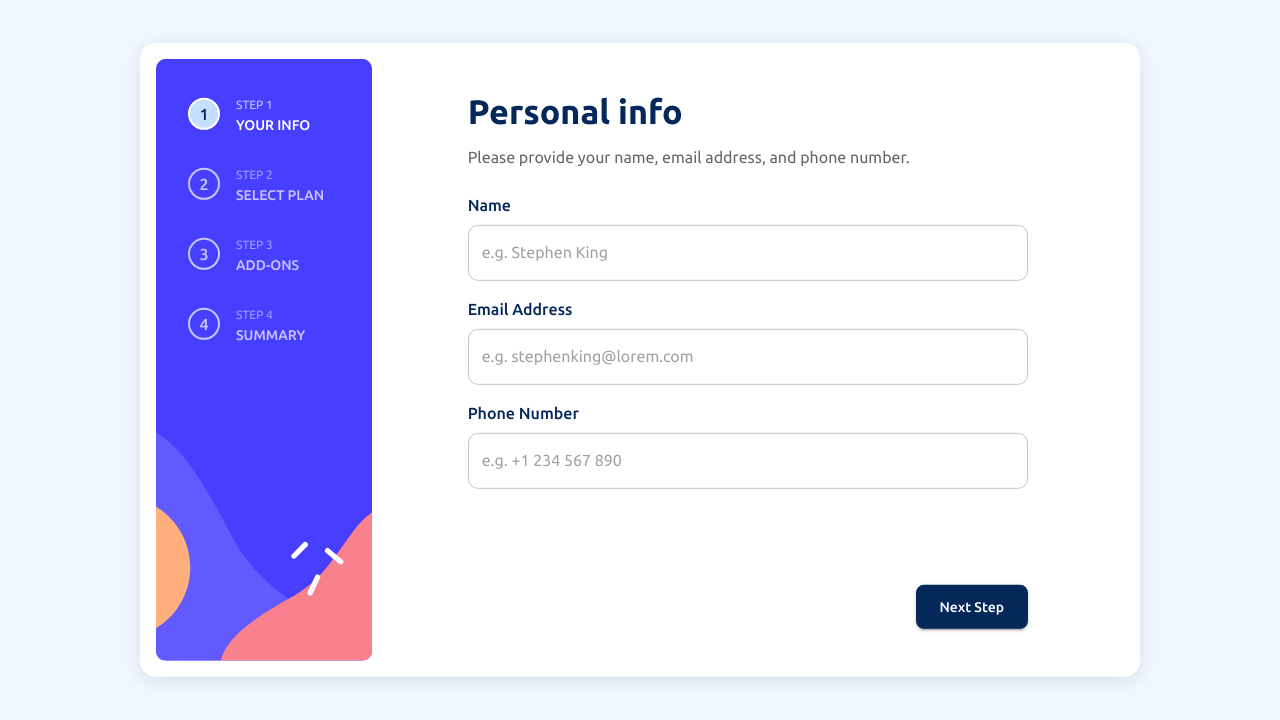
Repository: ozerrrs/chalange7days
Page: / (app in 7dayschalange/7dayschallange/)
These files come from the project's save history. The page is drawn as it stood at one moment and after the next save; the edit follows.
The browser window is 1280 px wide. The pictures show the whole page.
The project was rebuilt for these pictures with package versions that can differ from the ones it lists, and the page was loaded fresh each time. Also part of the build but not shown: 7dayschalange/7dayschallange/vite.config.js.

Above is the page before, as saved 2025-03-05 14:59:46.

### 7dayschalange/7dayschallange/src/main.jsx
import * as React from "react";
import * as ReactDOM from "react-dom/client";
import { ThemeProvider } from "@mui/material/styles";
import { CssBaseline } from "@mui/material";
import theme from "./theme/theme";
import App from "./App";
import "./index.css";
ReactDOM.createRoot(document.getElementById("root")).render(
  <React.StrictMode>
    <ThemeProvider theme={theme}>
      <CssBaseline />
      <App />
    </ThemeProvider>
  </React.StrictMode>
);

### 7dayschalange/7dayschallange/src/theme/theme.jsx
import { createTheme } from "@mui/material/styles";

const theme = createTheme({
  typography: {
    fontFamily: "'Ubuntu', sans-serif",
    h4: {
      fontWeight: 700,
    },
    h2: {
      fontWeight: 500,
    },
  },
  components: {
    MuiCssBaseline: {
      styleOverrides: `
        body {
          background-color: #f0f7ff;
        }
      `,
    },
  },
});

export default theme;

### 7dayschalange/7dayschallange/src/App.jsx
import { Routes, Route, BrowserRouter } from "react-router-dom";
import FirstPage from "./pages/firstPage";
import "@fontsource/ubuntu/400.css"; // Regular
import "@fontsource/ubuntu/500.css"; // Medium
import "@fontsource/ubuntu/700.css"; // Bold
function App() {
  return (
    <BrowserRouter>
      <Routes>
        <Route path="/" element={<FirstPage />} />
        {/* <Route path="/about" element={<About />} />
          <Route path="/login" element={<Login />} />
          <Route path="/register" element={<Register />} /> */}
      </Routes>
    </BrowserRouter>
  );
}
export default App;

### 7dayschalange/7dayschallange/src/index.css
#root {
  height: 100vh;
  width: 100vw;
  background-color: #f0f7ff;
}

### 7dayschalange/7dayschallange/src/pages/firstPage.jsx
import React, { useState } from "react";
import {
  Box,
  TextField,
  Typography,
  Button,
  Stepper,
  Step,
  StepLabel,
  Paper,
  Container,
  Grid,
  CssBaseline,
} from "@mui/material";
import { styled, ThemeProvider } from "@mui/material/styles";
// Import the background image for the sidebar
import backgroundNav from "../assets/bg-sidebar-desktop.svg"; // Adjust the path as needed

const FormContainer = styled(Paper)(({ theme }) => ({
  padding: theme.spacing(2),
  borderRadius: 16,
  boxShadow: "0px 4px 20px rgba(0, 0, 0, 0.1)",
  display: "flex",
  overflow: "hidden",
  minWidth: 1000,
  minHeight: 630,
  margin: "0 auto",
  position: "absolute",
  top: "50%",
  left: "50%",
  transform: "translate(-50%, -50%)",
}));

const SideBar = styled(Box)(({ theme }) => ({
  padding: theme.spacing(4),
  borderRadius: "10px 10px 10px 10px",
  color: "white",
  width: 274,
  position: "relative",
  overflow: "hidden",
  background: "none",
  minHeight: 568,
}));

const ContentArea = styled(Box)(({ theme }) => ({
  paddingLeft: theme.spacing(12),
  paddingRight: theme.spacing(12),
  paddingTop: theme.spacing(4),
  paddingBottom: theme.spacing(4),
  width: "100%",
}));

const NextButton = styled(Button)(({ theme }) => ({
  backgroundColor: "#04285a",
  color: "white",
  borderRadius: 8,
  padding: "10px 24px",
  textTransform: "none", // This prevents uppercase text

  "&:hover": {
    backgroundColor: "#172b4d",
  },
}));
const StyledTextField = styled(TextField)(({ theme }) => ({
  marginBottom: theme.spacing(2),
  "& .MuiOutlinedInput-root": {
    borderRadius: "10px",
    "& fieldset": {
      borderRadius: "10px",
    },
  },
}));

const StepNumber = styled(Box)(({ theme, active }) => ({
  width: 32,
  height: 32,
  borderRadius: "50%",
  border: "2px solid white",
  display: "flex",
  alignItems: "center",
  justifyContent: "center",
  marginRight: theme.spacing(2),
  backgroundColor: active ? "#c3e0ff" : "transparent", // Blue background when active
  color: active ? "#04285a" : "white",
  fontWeight: 500,
}));

const StepItem = styled(Box)(({ theme, active }) => ({
  display: "flex",
  alignItems: "center",
  marginBottom: theme.spacing(3),
  opacity: active ? 1 : 0.7,
}));

const steps = [
  { label: "YOUR INFO", description: "Personal details" },
  { label: "SELECT PLAN", description: "Choose your plan" },
  { label: "ADD-ONS", description: "Add extra features" },
  { label: "SUMMARY", description: "Review your order" },
];

function MultiStepForm() {
  const [activeStep, setActiveStep] = useState(0);
  const [formData, setFormData] = useState({
    name: "",
    email: "",
    phone: "",
  });

  const handleInputChange = (e) => {
    const { name, value } = e.target;
    setFormData({
      ...formData,
      [name]: value,
    });
  };

  const handleNext = () => {
    setActiveStep((prevActiveStep) => prevActiveStep + 1);
  };

  const handleBack = () => {
    setActiveStep((prevActiveStep) => prevActiveStep - 1);
  };

  const getStepContent = (step) => {
    switch (step) {
      case 0:
        return (
          <Box>
            <Typography
              variant="h4"
              gutterBottom
              fontWeight="bold"
              sx={{ color: "#04285a" }}
            >
              Personal info
            </Typography>
            <Typography color="textSecondary" paragraph>
              Please provide your name, email address, and phone number.
            </Typography>

            <Box mt={3}>
              <Typography fontWeight={500} mb={1} sx={{ color: "#04285a" }}>
                Name
              </Typography>
              <StyledTextField
                fullWidth
                placeholder="e.g. Stephen King"
                name="name"
                value={formData.name}
                onChange={handleInputChange}
                variant="outlined"
              />

              <Typography fontWeight={500} mb={1} sx={{ color: "#04285a" }}>
                Email Address
              </Typography>

              <StyledTextField
                fullWidth
                placeholder="e.g. stephenking@lorem.com"
                name="email"
                value={formData.email}
                onChange={handleInputChange}
                variant="outlined"
              />

              <Typography fontWeight={500} mb={1} sx={{ color: "#04285a" }}>
                Phone Number
              </Typography>

              <StyledTextField
                fullWidth
                placeholder="e.g. +1 234 567 890"
                name="phone"
                value={formData.phone}
                onChange={handleInputChange}
                variant="outlined"
                sx={{ mb: 8 }}
              />
            </Box>
          </Box>
        );
      case 1:
        return (
          <Box>
            <Typography
              variant="h4"
              gutterBottom
              fontWeight="bold"
              sx={{ color: "#04285a" }}
            >
              Select your plan
            </Typography>
            <Typography color="textSecondary" paragraph>
              You have the option of monthly or yearly billing.
            </Typography>

            {/* Plan selection content will go here */}
            <Box mt={3} sx={{ display: "flex", gap: 2 }}>
              {/* Example plan cards would go here */}
              <Paper
                sx={{
                  p: 2,
                  borderRadius: 2,
                  flex: 1,
                  border: "1px solid #ccc",
                }}
              >
                <Typography fontWeight="bold" sx={{ color: "#04285a" }}>
                  Arcade
                </Typography>
                <Typography color="textSecondary">$9/mo</Typography>
              </Paper>

              <Paper
                sx={{
                  p: 2,
                  borderRadius: 2,
                  flex: 1,
                  border: "1px solid #ccc",
                }}
              >
                <Typography fontWeight="bold" sx={{ color: "#04285a" }}>
                  Advanced
                </Typography>
                <Typography color="textSecondary">$12/mo</Typography>
              </Paper>

              <Paper
                sx={{
                  p: 2,
                  borderRadius: 2,
                  flex: 1,
                  border: "1px solid #ccc",
                }}
              >
                <Typography fontWeight="bold" sx={{ color: "#04285a" }}>
                  Pro
                </Typography>
                <Typography color="textSecondary">$15/mo</Typography>
              </Paper>
            </Box>
          </Box>
        );
      case 2:
        return (
          <Box>
            <Typography
              variant="h4"
              gutterBottom
              fontWeight="bold"
              sx={{ color: "#04285a" }}
            >
              Pick add-ons
            </Typography>
            <Typography color="textSecondary" paragraph>
              Add-ons help enhance your gaming experience.
            </Typography>
          </Box>
        );
      case 3:
        return (
          <Box>
            <Typography
              variant="h4"
              gutterBottom
              fontWeight="bold"
              sx={{ color: "#04285a" }}
            >
              Summary
            </Typography>
            <Typography color="textSecondary" paragraph>
              Please confirm your selections.
            </Typography>
          </Box>
        );
      default:
        return "Unknown step";
    }
  };

  return (
    <FormContainer>
      <SideBar>
        <Box
          sx={{
            position: "absolute",
            top: 0,
            left: 0,
            width: "100%",
            height: "100%",
            zIndex: 0,
          }}
        >
          <img
            src={backgroundNav}
            alt="background"
            style={{ width: "100%", height: "100%", objectFit: "cover" }}
          />
        </Box>
        <Box sx={{ position: "relative", zIndex: 1 }}>
          {steps.map((step, index) => (
            <StepItem key={index} active={activeStep === index}>
              <StepNumber active={activeStep === index}>{index + 1}</StepNumber>

              <Box>
                <Typography variant="caption" sx={{ opacity: 0.7 }}>
                  STEP {index + 1}
                </Typography>
                <Typography variant="subtitle2">{step.label}</Typography>
              </Box>
            </StepItem>
          ))}
        </Box>
      </SideBar>

      <ContentArea>
        {getStepContent(activeStep)}

        <Box sx={{ display: "flex", justifyContent: "flex-end", mt: 4 }}>
          {activeStep !== 0 && (
            <Button onClick={handleBack} sx={{ mr: 1 }}>
              Back
            </Button>
          )}
          <NextButton variant="contained" onClick={handleNext}>
            Next Step
          </NextButton>
        </Box>
      </ContentArea>
    </FormContainer>
  );
}

export default MultiStepForm;

Loaded but not shown: 7dayschalange/7dayschallange/index.html (common file)

After the next save:
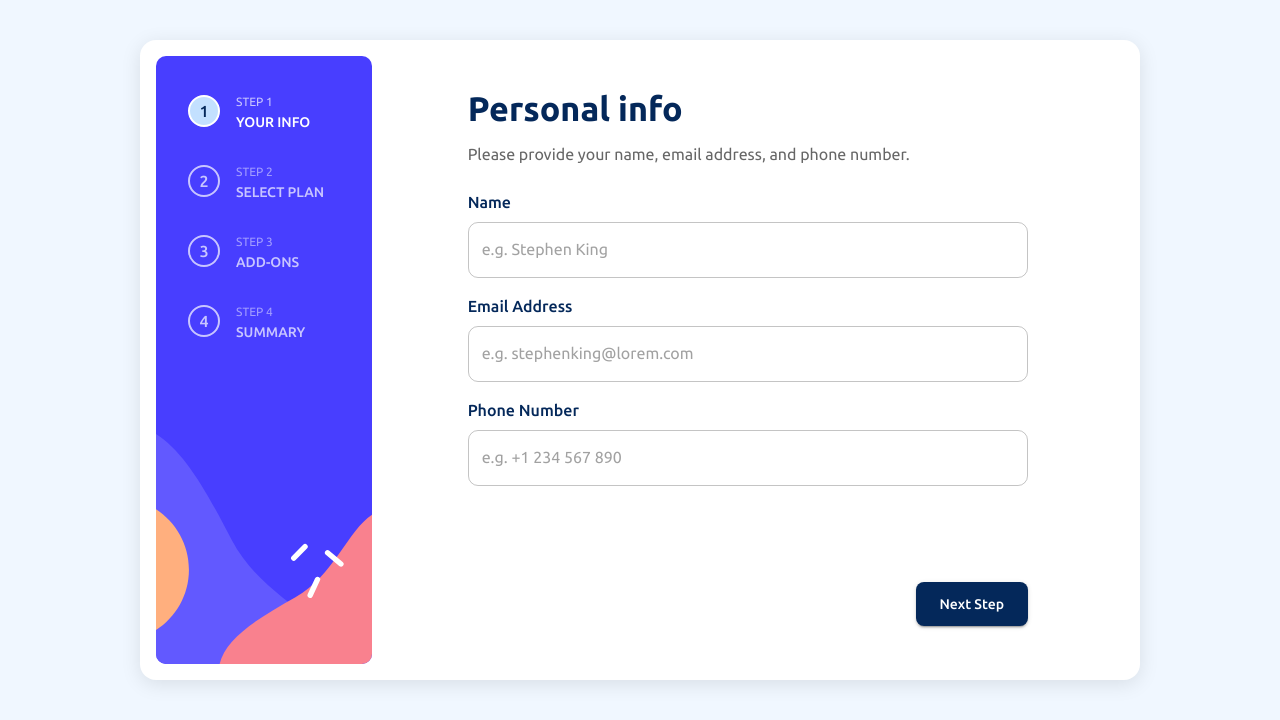
Saved 8 s later.
--- a/7dayschalange/7dayschallange/src/pages/firstPage.jsx
+++ b/7dayschalange/7dayschallange/src/pages/firstPage.jsx
@@ -23,7 +23,7 @@ const FormContainer = styled(Paper)(({ theme }) => ({
   display: "flex",
   overflow: "hidden",
   minWidth: 1000,
-  minHeight: 630,
+  minHeight: 640,
   margin: "0 auto",
   position: "absolute",
   top: "50%",
